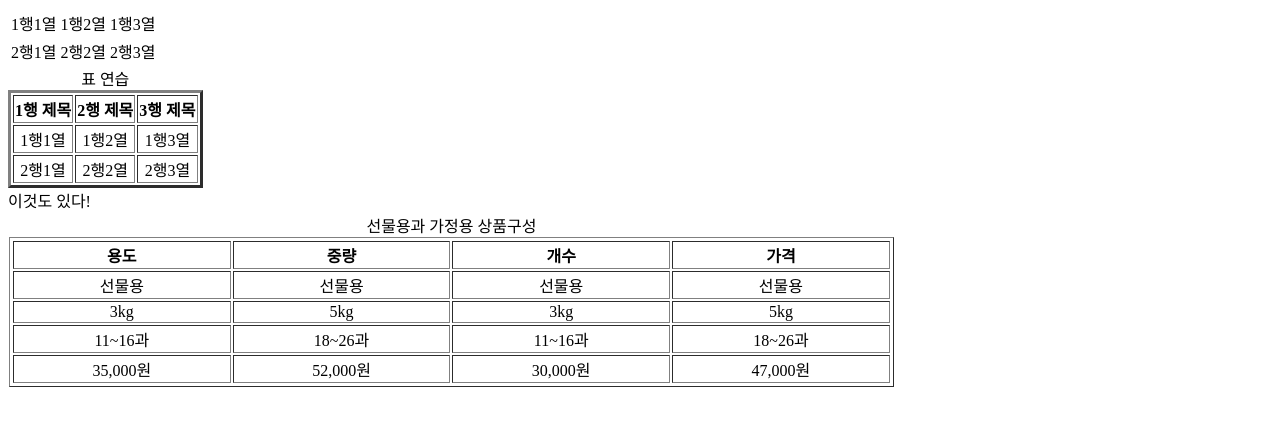
Repository: Kray273/JSLab
Page: html/src/main/webapp/Day96/table.html
The author's editor kept a copy of each file at every save. The page is drawn from the files as they stood at one save, then again after the next save.
The browser window is 1280 px wide. The pictures show the whole page.

Above is the page before, as saved 2022-11-24 02:17:26.

After the next save:
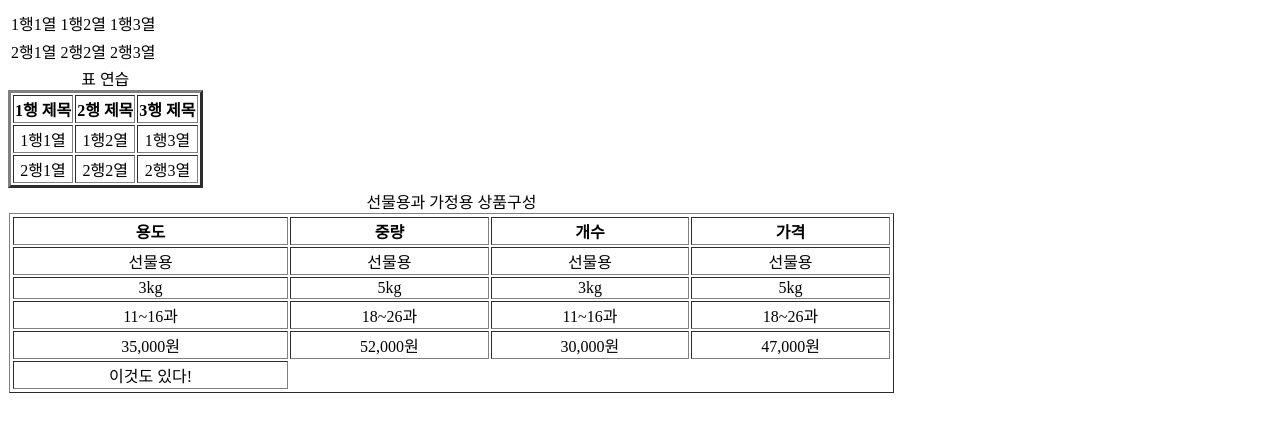
Saved 110 s later.
--- a/html/src/main/webapp/Day96/table.html
+++ b/html/src/main/webapp/Day96/table.html
@@ -68,7 +68,7 @@
 		<td><center>47,000원</center></td>
 	</tr>
 	</tbody>
-	<tfoot>이것도 있다!</tfoot>
+	<tfoot><tr><td>이것도 있다!</td></tr></tfoot>
 </table>
 
 
